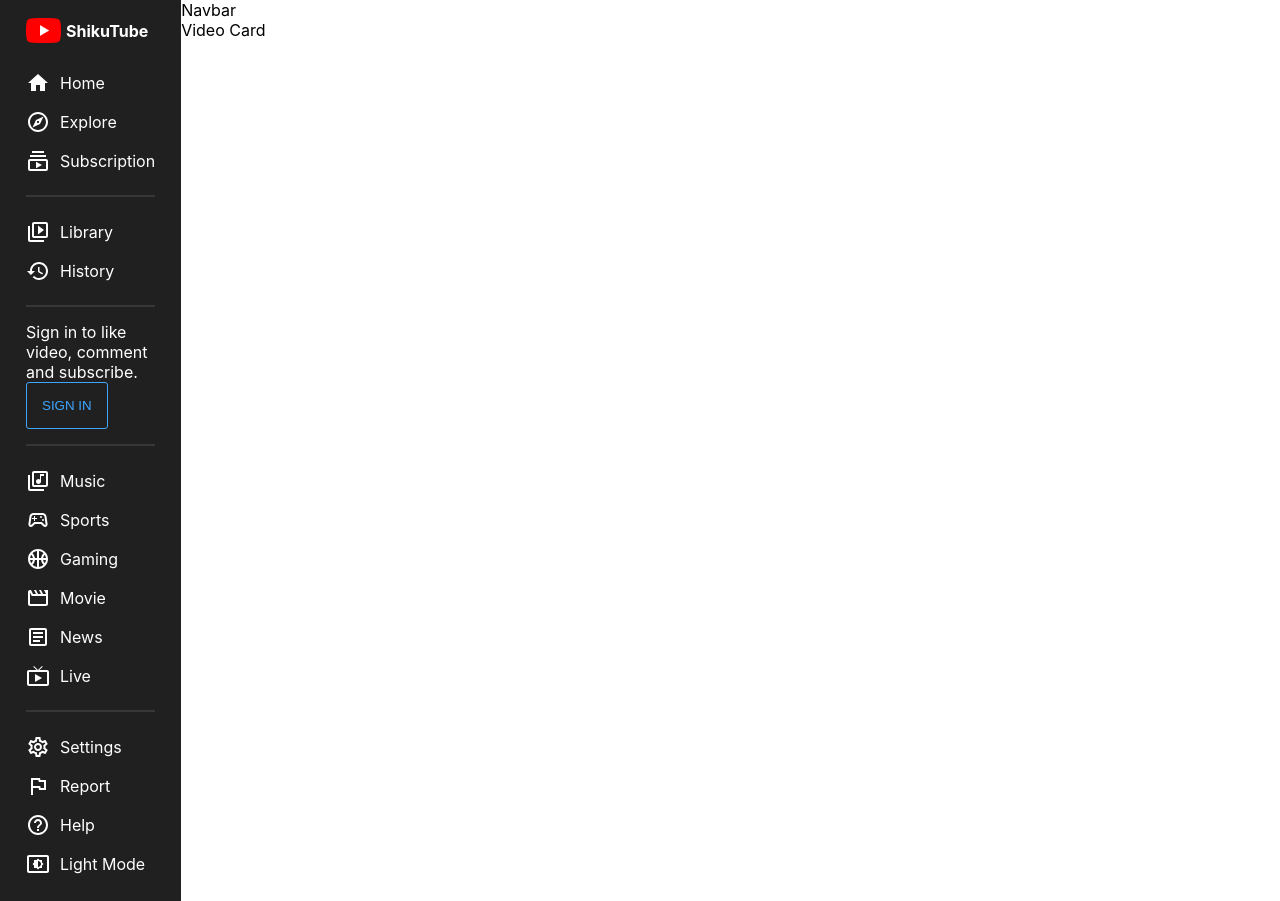
Repository: shikubro90/YouTube
Page: /
The author's editor kept a copy of each file at every save. The page is drawn from the files as they stood at one save, then again after a run of saves.
The browser window is 1280 px wide. The pictures show the whole page.
The project was rebuilt for these pictures with package versions that can differ from the ones it lists, and the page was loaded fresh each time. Also part of the build but not shown: src/App.css.

Above is the page before, as saved 2022-07-17 22:05:31.

After the next 4 saves:
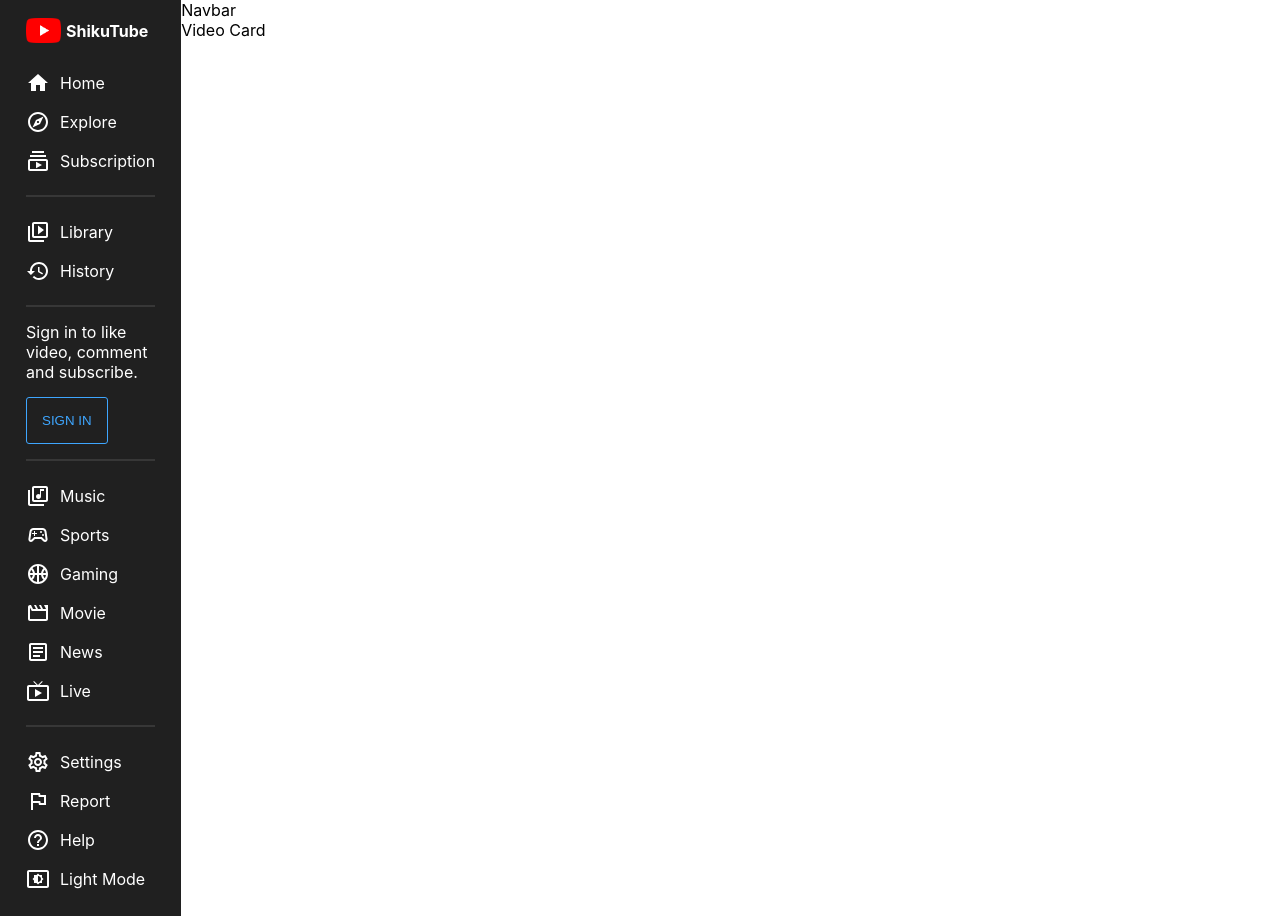
The 4 saves are shown as one change because they came seconds apart.
The last was saved 12 s later.
--- a/src/Components/Menu.jsx
+++ b/src/Components/Menu.jsx
@@ -68,7 +68,7 @@
     color : #3ea6ff;
     border-radius: 3px;
     cursor: pointer;
-    mt
+    margin-top: 15px;
 `;
 
 const Menu = () => {
